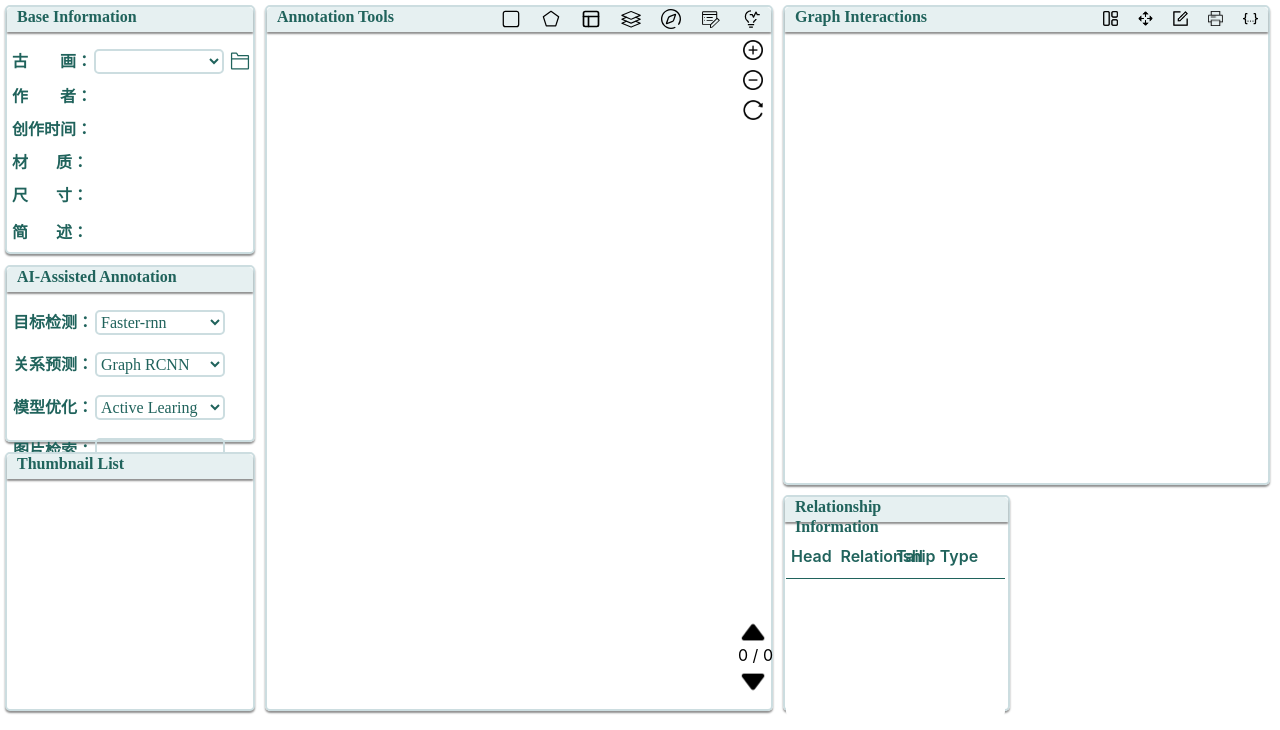
Repository: cailbh/ImageLabelTool
Page: /
The author's editor kept a copy of each file at every save. The page is drawn from the files as they stood at one save, then again after the next save.
The browser window is 1280 px wide. The pictures show the whole page.
The project was rebuilt for these pictures with package versions that can differ from the ones it lists, and the page was loaded fresh each time.

Above is the page before, as saved 2022-11-08 16:39:29.

### src/index.tsx
import React from 'react';
import ReactDOM from 'react-dom/client';
import './index.css';
import UI from './View';

const root = ReactDOM.createRoot(
  document.getElementById('root') as HTMLElement
);
root.render(
  <React.StrictMode>
    <UI />
  </React.StrictMode>
);

### src/index.css
* {
  margin: 0;
  font-family: -apple-system, BlinkMacSystemFont, 'Segoe UI', 'Roboto', 'Oxygen',
    'Ubuntu', 'Cantarell', 'Fira Sans', 'Droid Sans', 'Helvetica Neue',
    sans-serif;
  -webkit-font-smoothing: antialiased;
  -moz-osx-font-smoothing: grayscale;
  padding: 0;
  user-select: none;
}

code {
  font-family: source-code-pro, Menlo, Monaco, Consolas, 'Courier New',
    monospace;
}

html, body, #root {
  width: 100%;
  height: 100%;
  /* background: rgb(237,241,241); */
  background: rgb(255,255,255);
}

#root {
  /* display: flex; */
  /* flex-direction: row; */

}

### src/View/index.tsx
/**
 * 该组件负责图像视图与网络图视图的通信：
 *
 */

import React from "react";
// import ImageView from "./ImageView";
import GraphView from "./GraphView";
import LabelView from "./LabelView";
import { Entity, EntityArray, Relationship, RelationshipArray } from '../lib/interface'
import { EntityArrayContextProvider, useEntityArray, useEntityArrayUpdate } from "../lib/context";
import { RelationshipArrayContextProvider, useRelationshipArray, useRelationshipArrayUpdate } from "../lib/context";
import { InfoContextProvider, useInfo, useInfoUpdate } from "../lib/context";
import { MemoArrayContextProvider, useMemoArray, useMemoArrayUpdate } from "../lib/context";


export default function UI() {
    return (
        <React.StrictMode>
            <InfoContextProvider>
                <RelationshipArrayContextProvider>
                    <EntityArrayContextProvider>
                        <MemoArrayContextProvider>
                            {/* <ImageView></ImageView> */}

                            <LabelView></LabelView>
                            {/* <GraphView></GraphView> */}
                        </MemoArrayContextProvider>
                    </ EntityArrayContextProvider >
                </RelationshipArrayContextProvider>
            </InfoContextProvider>
        </React.StrictMode>
    )
}

### src/View/LabelView.tsx
import React from "react";
import LabelDisplay from "../component/LabelDisplay/index";
import LabelTool from "../component/LabelTool/index";
import ViewCard from "./ViewCard";

export default function LabelView() {
    return (
        // <ViewCard
        //     top={(
        //         <LabelTool></LabelTool>
        //     )}
        //     body={(
        <LabelDisplay></LabelDisplay>
        //     )}
        // />
    )
}

### src/lib/context.tsx
import React, { useContext, useState } from 'react';
import { MemoArray, Relationship, RelationshipArray, EntityArray, Entity, Info } from './interface'
import { arrayBuffer } from 'stream/consumers';


const entityContext = React.createContext<EntityArray>({ array: [] });
const EntityUpdateContext = React.createContext(null);

export const useEntityArray = () => useContext(entityContext);
export const useEntityArrayUpdate = () => useContext(EntityUpdateContext);
export const EntityArrayContextProvider = ({ children }) => {
    const [entityArray, setEntityArray] = useState<Entity[]>([]);
    const updateEntityArray = (entityArray) => {
        setEntityArray([...entityArray])
    }
    return (
        <entityContext.Provider value={{ array: entityArray }}>
            <EntityUpdateContext.Provider value={updateEntityArray}>
                {children}
            </EntityUpdateContext.Provider>
        </entityContext.Provider>
    );
};

const relationshipContext = React.createContext<RelationshipArray>({ array: [] });
const relationshipUpdateContext = React.createContext(null);

export const useRelationshipArray = () => useContext(relationshipContext);
export const useRelationshipArrayUpdate = () => useContext(relationshipUpdateContext);
export const RelationshipArrayContextProvider = ({ children }) => {
    const [RelationshipArray, setRelationshipArray] = useState<Relationship[]>([]);
    const updateRelationshipArray = (RelationshipArray) => {
        setRelationshipArray([...RelationshipArray])
    }
    return (
        <relationshipContext.Provider value={{ array: RelationshipArray }}>
            <relationshipUpdateContext.Provider value={updateRelationshipArray}>
                {children}
            </relationshipUpdateContext.Provider>
        </relationshipContext.Provider>
    );
};


const memoContext = React.createContext<MemoArray>({ entArray: [], relArray: [] });
const memoUpdateContext = React.createContext(null);

export const useMemoArray = () => useContext(memoContext);
export const useMemoArrayUpdate = () => useContext(memoUpdateContext);
export const MemoArrayContextProvider = ({ children }) => {
    const [entArray, setEntArray] = useState<Entity[]>([]);
    const [relArray, setRelArray] = useState<Relationship[]>([]);
    const updateMemoArray = (entArray, relArray) => {
        setEntArray([...entArray])
        setRelArray([...relArray])
    }
    return (
        <memoContext.Provider value={{ entArray: entArray, relArray: relArray }}>
            <memoUpdateContext.Provider value={updateMemoArray}>
                {children}
            </memoUpdateContext.Provider>
        </memoContext.Provider>
    );
};

const infoContext = React.createContext<Info>(null);
const InfoUpdateContext = React.createContext(null);

export const useInfo = () => useContext(infoContext);
export const useInfoUpdate = () => useContext(InfoUpdateContext);
export const InfoContextProvider = ({ children }) => {
    const [info, setInfo] = useState<Info>();
    const updateInfo = (infoArray) => {
        setInfo(infoArray)
    }
    return (
        <infoContext.Provider value={info}>
            <InfoUpdateContext.Provider value={updateInfo}>
                {children}
            </InfoUpdateContext.Provider>
        </infoContext.Provider>
    );
};

### src/component/LabelDisplay/graph.css
#graph{
width: calc(100% - 6px);
height: calc(100% - 36px);
overflow: 'auto';
background: #fff;
box-sizing: border-box;
border-radius: 15px;
display: inline-block;
margin: 3px;
text-align: left;
position: relative;
}
#entityEditRootDiv{
    background: rgba(237,241,241,0);
    box-sizing: border-box;
    border-radius: 5px;
    float: left;
    width: 250px;
    height: 100%;
    margin: 5px;
    height: calc(30% - 0px);
    border-image-width: 20px 1px;
    box-sizing: border-box;
    float: left;
    border: 2px solid rgb(204,221,224);
    filter: progid:DXImageTransform.Microsoft.Shadow(color=#909090,direction=120,strength=4);
    box-shadow: 0px 2px 2px #909090;
}
.graphRoot{
    background: rgba(237,241,241,0);
    position: relative;
    height: 100%;
    width: calc(40% - 10px);
    float: left;
}
.horizontal_graphRoot{
    background: rgba(237,241,241,0);
    position: relative;
    height: calc(45% - 10px);
    width: calc(100% - 260px);
    float: left;
}
.graphCantain{
    position: relative;
    height: calc(100% - 0px);
    float: left;
    width: calc(100% - 0px);
    background: rgba(237,241,241,0);
    /* padding: 10px; */
}
.graphHead{
    width: 100%;
    height: 25px;
    background: rgba(0,0,0,0);
    float: left;
    position: relative;
    z-index: 999999;
    border-top-left-radius: 5px;
    border-top-right-radius: 5px;
    background-color: rgba(230,240,241,1);
    filter: progid:DXImageTransform.Microsoft.Shadow(color=#909090,direction=120,strength=4);
    box-shadow: 0px 2px 2px #909090;
}

.graphLogo {
    float: left;
    width: 30%;
    height: 100%;
    margin-left: 10px;
    color: rgb(32,99,92);
    text-align: left;
    font-weight: 600;
    font-size: 16px;
    font-variant: tabular-nums;
    line-height: 125%;
    font-feature-settings: "tnum";
    font-family: SourceHanSerifCN-Heavy, SourceHanSerifCN;
}
.graphAssistFeatures{
    float: right;
    height: 100%;
    width: 30%;
}
.toolBut {
    height: 100%;
    text-align: center;
    /* padding: 4px; */
    width: 50px;
    float: left;
    margin: 1px 10px 0px 10px;
}

.graphToolBut {
    width: 35px;
    height: 35px;
    margin: 15px 15px 5px 25px;
    cursor: pointer;
    -webkit-border-radius: 5px;
    -moz-border-radius: 5px;
    border-radius: 5px;
    font-size: 15px;
    font-style: normal;
    color: #000;
    line-height: 36px;
    text-align: center;
    float: left;
    display: flex;
    justify-content: center;
    align-items: center;
    height: calc(100% - 20px);
    text-align: center;
    padding: 5px;
    border: 1px #696969 solid;
    width: 40px;
    float: right;
    margin: 5px 2px 5px 2px;
}
.graphToolBut:hover {
    background: #767a84;
    color: #fff;
}

.attributeDiv{
    background: rgba(237,241,241,0);
    -webkit-box-sizing: border-box;
    -moz-box-sizing: border-box;
    box-sizing: border-box;
    border-radius: 5px;
    width: calc(100% - 275px);
    margin: 5px;
    height: calc(30% - 0px);
    border-image-slice: 151;
    border-image-width: 20px 1px;
    -webkit-box-sizing: border-box;
    -moz-box-sizing: border-box;
    box-sizing: border-box;
    float: left;
    border: 2px solid rgb(204,221,224);
    filter:progid:DXImageTransform.Microsoft.Shadow(color=#909090,direction=120,strength=4);
    -moz-box-shadow: 0px 2px 10px #909090;
    -webkit-box-shadow: 0px 2px 10px #909090;
    box-shadow:0px 2px 2px #909090
}
.graphDiv{
    background: rgba(237,241,241,0);
    -webkit-box-sizing: border-box;
    -moz-box-sizing: border-box;
    box-sizing: border-box;
    border-radius: 5px;
    width: calc(100% - 15px);
    margin: 5px;
    height: calc(70% - 24px);
    border-radius: 5px;
    float: left;
    border: 2px solid rgb(204,221,224);
    filter:progid:DXImageTransform.Microsoft.Shadow(color=#909090,direction=120,strength=4);
    -moz-box-shadow: 0px 2px 10px #909090;
    -webkit-box-shadow: 0px 2px 10px #909090;
    box-shadow:0px 2px 2px #909090
}
.horizontal_attributeDiv{
    background: rgba(237,241,241,0);
    -webkit-box-sizing: border-box;
    -moz-box-sizing: border-box;
    box-sizing: border-box;
    border-radius: 5px;
    width: calc(40% - 10px);
    margin: 5px;
    height: calc(100% - 0px);
    border-image-slice: 151;
    border-image-width: 20px 1px;
    -webkit-box-sizing: border-box;
    -moz-box-sizing: border-box;
    box-sizing: border-box;
    float: left;
    border: 2px solid rgb(204,221,224);
    filter:progid:DXImageTransform.Microsoft.Shadow(color=#909090,direction=120,strength=4);
    -moz-box-shadow: 0px 2px 10px #909090;
    -webkit-box-shadow: 0px 2px 10px #909090;
    box-shadow:0px 2px 2px #909090
}
.horizontal_graphDiv{
    background: rgba(237,241,241,0);
    -webkit-box-sizing: border-box;
    -moz-box-sizing: border-box;
    box-sizing: border-box;
    border-radius: 5px;
    width: calc(60% - 10px);
    margin: 5px;
    height: calc(100% - 0px);
    border-radius: 5px;
    float: left;
    border: 2px solid rgb(204,221,224);
    filter:progid:DXImageTransform.Microsoft.Shadow(color=#909090,direction=120,strength=4);
    -moz-box-shadow: 0px 2px 10px #909090;
    -webkit-box-shadow: 0px 2px 10px #909090;
    box-shadow:0px 2px 2px #909090
}
#attributeBox{
    width: calc(50% - 4px);
    height: calc(100% - 2px);
    overflow: 'auto';
    margin: 2px 1px;
    float: left;
}
#relationshipBox{
    width: calc(100% - 4px);
    height: calc(100% - 27px);
    /* width: 100%; */
    /* height: 100%; */
    background: #fff;
    overflow: 'auto';
    float: left;
    margin: 2px 1px;
    border-radius: 15px;
}
#relationshipBoxHead{
    background-color: rgba(230,240,241,1);
    color: rgba(32,99,92,1);
    height: 25px;
    border-top-left-radius: 5px;
    border-top-right-radius: 5px;
    box-shadow: 0px 2px 2px #909090;
}
.but {
    display: flex;
    flex-direction: column;
    height: 40px;
    width:40px;
    justify-content: center;
    float: left;
}
.butContain{
    width: 10px;
    height: 100px;
    position: absolute;
    z-index: 9999;
    display: none;
}
.graphToolsDiv{
    width: 60%;
    height: 100%;
    float: right;
    /* display: flex; */
    justify-content: center;
    align-items: center;
}
.graphTool {
    /* background-color: #fff ; */
    width: 15px;
    height: 15px;
    margin: 4px 10px;
    cursor: pointer;
    float: left;
    text-align: center;
    font-size: 0;
}
.graphTool h5{
    font-style: normal;
    color: #000;
    line-height: 36px;
    text-align: center;
    font-size: 0;
}
.graphTool h5:hover{
    font-size: 0px;
}
.graphToolSet:hover {
    background: #767a84;
    color: #fff;
}
.graphToolSet.focus {
    background: #767a84;
    color: #fff;
}
#graphTools{
    float: right;
    /* height: 100%; */
    /* width: 60%; */
    /* height: 50px; */
    /* float: left; */
    position: relative;
    z-index: 999999;
    /* filter:progid:DXImageTransform.Microsoft.Shadow(color=#909090,direction=120,strength=4);
    -moz-box-shadow: 2px 2px 10px #909090;
    -webkit-box-shadow: 2px 2px 10px #909090;
    box-shadow:2px 2px 10px #909090; */
    border-top-left-radius: 10px;
    border-top-right-radius: 10px;
}
#layoutDiv{
    height: 50px;
    width: 100px;
    background: #ffffff;
    top:75px;
    position: absolute;
    display: flex;
    justify-content: center;
    align-items: center;
    /* border-top-left-radius: 10px;
    border-top-right-radius: 10px; */
    /* border: 5px #000 solid; */
    right: calc(70% - 230px);
    z-index: -999;
}
#layouts{
    float: right;
    /* height: 100%;
    width: 100%; */
    /* float: left; */
    position: relative;
    /* filter:progid:DXImageTransform.Microsoft.Shadow(color=#909090,direction=120,strength=4);
    -moz-box-shadow: 2px 2px 10px #909090;
    -webkit-box-shadow: 2px 2px 10px #909090;
    box-shadow:2px 2px 10px #909090; */
    /* border-top-left-radius: 10px;
    border-top-right-radius: 10px; */
}
#entity-table{
    width: calc(100% - 6px);
    height: calc(100% - 6px);
    border: 2px solid rgba(50, 50, 50, 0.2);
    box-sizing: border-box;
    border-radius: 5px;
    display: inline-block;
    margin: 3px;
    background: rgb(255,255,255);
}
.tableEntity{
    height: 100% !important
}

.tableRelationship{
    height: 100% !important
}
.rs-table-body-row-wrapper{
    height: 100% !important
}
#relationship-table{
    width: calc(100% - 0px);
    height: calc(100% - 0px);
    /* border: 2px solid rgba(50, 50, 50, 0.2); */
    /* box-sizing: border-box; */
    border-radius: 15px;
    display: inline-block;
    /* margin: 3px; */
    background: rgb(255,255,255);
}

.toolLayout{
    font-size:0;
    overflow:hidden;
    background: url("../../assets/imgs/tool-layout.png");
    background-size: cover;
}
.toolEdit{
    font-size:0;
    overflow:hidden;
    background: url("../../assets/imgs/tool-edit.png");
    background-size: cover;
}
.toolDrop{
    font-size:0;
    overflow:hidden;
    background: url("../../assets/imgs/tool-drop.png");
    background-size: cover;
}
.toolAdd{
    font-size:0;
    overflow:hidden;
    background: url("../../assets/imgs/tool-add.png");
    background-size: cover;
}

.toolDel{
    font-size:0;
    overflow:hidden;
    background: url("../../assets/imgs/tool-del.png");
    background-size: cover;
}

.toolUndo{
    font-size:0;
    overflow:hidden;
    background: url("../../assets/imgs/tool-undo.png");
    background-size: cover;
}

.toolRedo{
    font-size:0;
    overflow:hidden;
    background: url("../../assets/imgs/tool-redo.png");
    background-size: cover;
}

.toolPrint{
    font-size:0;
    overflow:hidden;
    background: url("../../assets/imgs/tool-download.png");
    background-size: cover;
}

.toolInputJson{
    font-size:0;
    overflow:hidden;
    background: url("../../assets/imgs/tool-inputJson.svg");
    background-size: cover;
}
.graphTool:hover {
    background: rgba(0,0,0,0);
    font-size: 0px;
    font-weight: 300;
    font-style: normal;
    color: #000;
    line-height: 36px;
    text-align: center;
    float: left;
     /* display: flex; */;
    justify-content: center;
    align-items: center;
    text-align: center;
}
.layoutSet{
    width: 20px;
    height: 20px;
    margin:5px;
    font-size:0;
    overflow:hidden;

    cursor: pointer;
    float: left;
}

.toolCrossLayout{
    background: url(../../assets/imgs/layout-cross.png);
    background-size: cover

}
.toolForceLayout{
    background: url(../../assets/imgs/layout-force.png);
    background-size: cover

}
.toolDragLayout{
    background: url(../../assets/imgs/layout-drag.png);
    background-size: cover

}
.layoutSet:hover {
    background: rgba(0,0,0,0);
    font-size: 10px;
    font-style: normal;
    color: #000;
    line-height: 6px;
    text-align: center;
    float: left;
    display: flex;
    justify-content: center;
    align-items: center;
    text-align: center;
}
.entInput{
    background: rgba(0,0,0,0);
    border: 0;
    text-align: center;
    width: 50%;
    height: 100%;
    float: left;
}
.entInput :focus{
    background: rgba(0,0,0,0);
    border: 0;
    text-align: center;
    width: 50%;
    float: left;
    height: 100%;
}

### src/lib/tasks.tsx
export default class Task {
    id: string;
    name: string;
    size: string;
    texture: string;
    time: string;
    author: string;
    discribe:string;
    constructor(options) {
        this.id = "";
        this.name = "";
        this.size = "";
        this.texture = "";
        this.time = "";
        this.author = ""
        this.discribe = ""
    }
}

### src/lib/interface.tsx
export class EntityArray {
    array: Array<Entity>;
}
export class RelationshipArray {
    array: Array<Relationship>;
}
export class MemoArray {
    relArray: Array<Relationship>;
    entArray: Array<Entity>;
}
export class Entity {
    name: string;
    id: string;
    type: string;
    x: number;
    y: number;
    //图片绘制起始位置
    ix: number;
    iy: number;
    //标注绘制起始位置
    lx: number;
    ly: number;
    // 图片宽度
    iWidth: number;
    // 图片高度
    iHeight: number;
    //图片缩放
    iScale: number;
    visAble: boolean;
    labels: any;
    content: any;
    contentType: string;
    labelLocation: any;
    rgb: string;
    visibility: boolean;
    trend: any;
    trendIndex: number;
    centerPoint: any;
    rectMask: any;
    color: string;
    describe: string;
    attribute: any;
    active: boolean;
    children: any;
    constructor(myName: string) { //定义带参数的构造函数
        this.name = myName;
    }
}


export class Relationship {
    name: string;
    id: string;
    type: string;
    targetId: string;
    sourceId: string;
    color: string;
    weight: number;
    visAble: boolean
    // constructor(myName: string) { //定义带参数的构造函数
    //     this.name = myName;
    // }
}

export class Info {
    changeState: number;
}

export default class LabelState {
    //任务名称
    taskName: string;
    //文件列表
    imgFiles: any;
    //图片总数
    imgSum: number;
    //选择图片下标
    imgIndex: number;
    cWidth: number;
    cHeight: number;
    // 缩略图宽度
    sWidth: number;
    // 缩略图高度
    sHeight: number;
    // 图片宽度
    iWidth: number;
    // 图片高度
    iHeight: number;
    // 图片拖拽至边缘最小显示
    appearSize: number;
    // 缩放布进
    scaleStep: number;
    // 最小缩放比例
    minScale: number;
    // 最大缩放比例
    maxScale: number;
    // 图片在画板中的横坐标
    x: number;
    // 图片在画板中的纵坐标
    y: number;
    // 鼠标当前画板中的横坐标
    mouseX: number;
    // 鼠标当前画板中的纵坐标
    mouseY: number;
    // 拖动过程中，鼠标前一次移动的横坐标
    prevX: number;
    // 拖动过程中，鼠标前一次移动的纵坐标
    prevY: number;
    // 缩放比例
    scale: number;
    // 鼠标在图片中的横坐标
    ix: number;
    // 鼠标在图片中的纵坐标
    iy: number;
    // 矩形框起点横坐标
    rectX: number;
    // 矩形框起点纵坐标
    rectY: number;
    // 绘制多边形的圆点半径
    radius: number;

    // 绘制线段宽度
    lineWidth: number;

    //绘制区域模块透明度
    opacity: number;

    // 定时器
    timer: any;

    // 结果是否被修改
    isModify: boolean;

    // 是否全屏
    isFullScreen: boolean;

    // 是否移动图像标注圆点
    isDragCircle: boolean;

    // 当前点击圆点index
    snapCircleIndex: number;

    // 用于在拖拽或者缩放时，让绘制至存储面板的数据，只绘制一次
    drawFlag: boolean;

    // 监听滚动条缩放是否结束的定时器
    mousewheelTimer: null;

    // 历史记录下标
    historyIndex: number;
    Arrays: any;
    Nodes: any;
    Features: any;

}

### src/axios/index.ts
import entityRecognize from './api/entityRecognize';

export * from './api/entityRecognize'; // 目标识别
// export * from './api/img'; // 图片
export default {
    entityRecognize
}

### src/axios/api/entityRecognize/index.ts
import { get, put, post, del } from '../../http';
import axios from 'axios'
import{base} from '../config'
import {message} from 'antd'
import cookie from 'react-cookies'
export const getImg = (data: any) => get({ url: '/recognize/', data }); //
export const postImg = (data: any) => post({ url: '/recognize/', data }); //
export const updateImg = (data: any) => put({ url: '/recognize/', data });

export default{
    //测试
    async testApi(params){
        return await axios.get(`${base}/hi`,params) .then((res)=>{
            return res.data;
        }).catch((error)=>{
            message.error("服务器出错")
        })
    },
    //目标检测
    async entityRecognizeApi(params){
        return await axios.post(`${base}/predict_bbx`,params).then((res)=>{
            return res.data;
        }).catch((error)=>{
            message.error("服务器出错")
        })
    },

}

### src/axios/config.ts
export const rootURL = ''

export const ServerCode = {
    SUCCESS: 0,
    CONTINUE: 400,
    WRONG_PARAM: 401,
    WRONG_REQUEST: 402,
    FORBIDDEN: 403,
    WRONG_URL: 404,
    NO_LOGIN: 406,
    TIME_OUT: 408,
    WRONG_REQUEST_MODAL: 410,
    AUTO_SAVE_ERROR_CODE: 411, // 自动暂存code
    PROCESS_ERROR: 412, // 任务进度错误
    WRONG_SERVER: 500,
    WRONG_REALIZE: 501,
    WRONG_GATEWAY: 502,
    BAD_SERVER: 503,
    GATEWAY_TIME_OUT: 504,
    WRONG_VERSION: 505
};

export const SubCode = {
    OPERATION_FAILED: 410001,
    TASK_HAS_EXPIRED_OR_SUBMITTED: 400001
};

export const ServerCodeMap = {
    [ServerCode.SUCCESS]: '成功',
    [ServerCode.CONTINUE]: '继续', // 传递指定“继续参数”即可成功
    [ServerCode.WRONG_PARAM]: '参数格式出错',
    [ServerCode.WRONG_REQUEST]: '请求出错',
    [ServerCode.FORBIDDEN]: '拒绝访问',
    [ServerCode.WRONG_URL]: '请求地址出错',
    [ServerCode.NO_LOGIN]: '未登录',
    [ServerCode.TIME_OUT]: '请求超时',
    [ServerCode.WRONG_SERVER]: '服务器内部错误',
    [ServerCode.WRONG_REALIZE]: '服务未实现',
    [ServerCode.WRONG_GATEWAY]: '网关错误',
    [ServerCode.BAD_SERVER]: '服务不可用',
    [ServerCode.GATEWAY_TIME_OUT]: '网关超时',
    [ServerCode.WRONG_VERSION]: 'HTTP版本不受支持'
};

export const RedirectMap = {
    [ServerCode.FORBIDDEN]: '/403'
};

Loaded but not shown: public/index.html (common file); src/lib/uuid.js (8 lines, source omitted); src/axios/api/config.js (3 lines, source omitted); src/component/LabelDisplay/index.tsx (4216 lines, source omitted); src/component/LabelDisplay/index.css (1843 lines, source omitted); src/component/GraphRelationship/index.tsx (223 lines, source omitted); src/component/AttributeInput/index.tsx (170 lines, source omitted); src/axios/http.ts (147 lines, source omitted); src/lib/webAnnotate.tsx (283 lines, source omitted); src/component/AttributeInput/index.css (168 lines, source omitted); src/component/GraphRelationship/index.css (137 lines, source omitted)

After the next save:
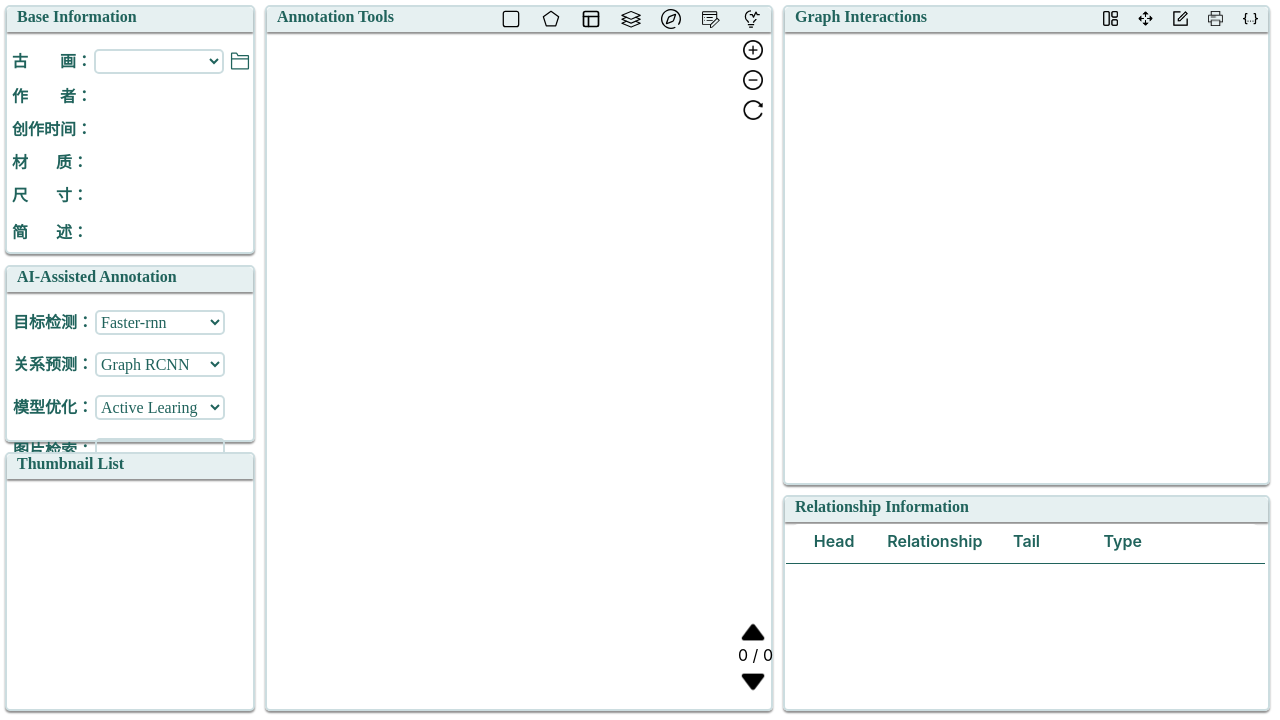
Saved 113 s later.
--- a/src/component/LabelDisplay/graph.css
+++ b/src/component/LabelDisplay/graph.css
@@ -126,7 +126,7 @@ position: relative;
     -moz-box-sizing: border-box;
     box-sizing: border-box;
     border-radius: 5px;
-    width: calc(100% - 275px);
+    width: calc(100% - 15px);
     margin: 5px;
     height: calc(30% - 0px);
     border-image-slice: 151;
